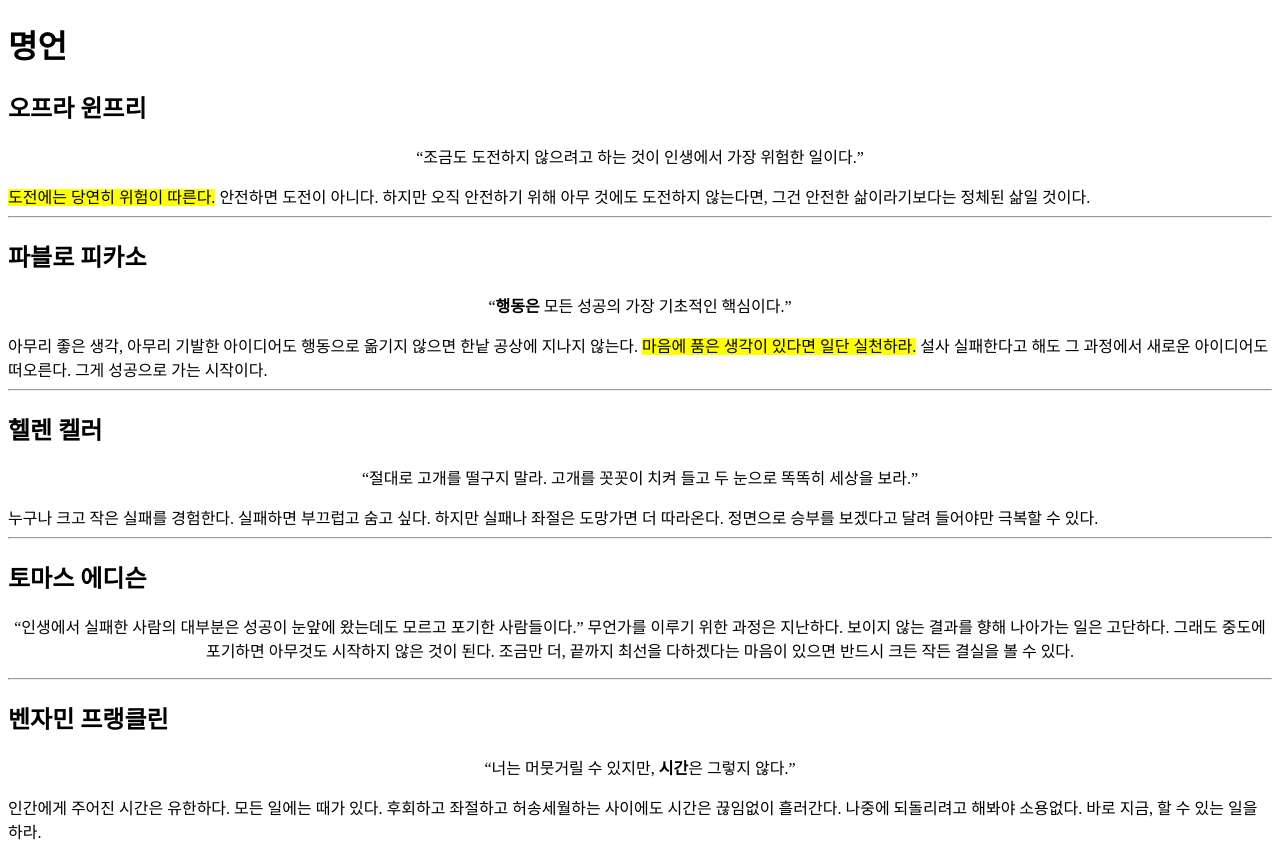
Repository: sinsujung/client
Page: ClientTest/src/main/webapp/문제/ex06.html
An editor plug-in stored every save of this project. The page is shown before and after the next save, followed by the edit.
The browser window is 1280 px wide. The pictures show the whole page.

Above is the page before, as saved 2023-09-20 08:42:47.

### ClientTest/src/main/webapp/문제/ex06.html
<!DOCTYPE html>
<html>
<head>
<meta charset="UTF-8">
<title>Insert title here</title>
</head>
<body>
<h1>명언</h1>
<h2>오프라 윈프리</h2>
<p align = "center">“조금도 도전하지 않으려고 하는 것이 인생에서 가장 위험한 일이다.”</p>
<font style="background-color: yellow;">도전에는 당연히 위험이 따른다.</font> 안전하면 도전이 아니다. 하지만 오직 안전하기 위해 아무 것에도 도전하지 않는다면, 그건 안전한 삶이라기보다는 정체된 삶일 것이다.
<hr>
<h2>파블로 피카소</h2>
<p align = "center">“<strong>행동은</strong> 모든 성공의 가장 기초적인 핵심이다.”</p>
아무리 좋은 생각, 아무리 기발한 아이디어도 행동으로 옮기지 않으면 한낱 공상에 지나지 않는다. <font style="background-color: yellow;">마음에 품은 생각이 있다면 일단 실천하라.</font> 설사 실패한다고 해도 그 과정에서 새로운 아이디어도 떠오른다. 그게 성공으로 가는 시작이다.
<hr>
<h2>헬렌 켈러</h2>
<p align = "center">“절대로 고개를 떨구지 말라. 고개를 꼿꼿이 치켜 들고 두 눈으로 똑똑히 세상을 보라.”</p>
누구나 크고 작은 실패를 경험한다. 실패하면 부끄럽고 숨고 싶다. 하지만 실패나 좌절은 도망가면 더 따라온다. 정면으로 승부를 보겠다고 달려 들어야만 극복할 수 있다.
<hr>
<h2>토마스 에디슨</h2>
<p align = "center">“인생에서 실패한 사람의 대부분은 성공이 눈앞에 왔는데도 모르고 포기한 사람들이다.”
무언가를 이루기 위한 과정은 지난하다. 보이지 않는 결과를 향해 나아가는 일은 고단하다. 그래도 중도에 포기하면 아무것도 시작하지 않은 것이 된다. 조금만 더, 끝까지 최선을 다하겠다는 마음이 있으면 반드시 크든 작든 결실을 볼 수 있다.</p>
<hr>
<h2>벤자민 프랭클린</h2>
<p align = "center">“너는 머뭇거릴 수 있지만, <strong>시간</strong>은 그렇지 않다.”</p>
인간에게 주어진 시간은 유한하다. 모든 일에는 때가 있다. 후회하고 좌절하고 허송세월하는 사이에도 시간은 끊임없이 흘러간다. 나중에 되돌리려고 해봐야 소용없다. 바로 지금, 할 수 있는 일을 하라.
</body>
</html>

After the next save:
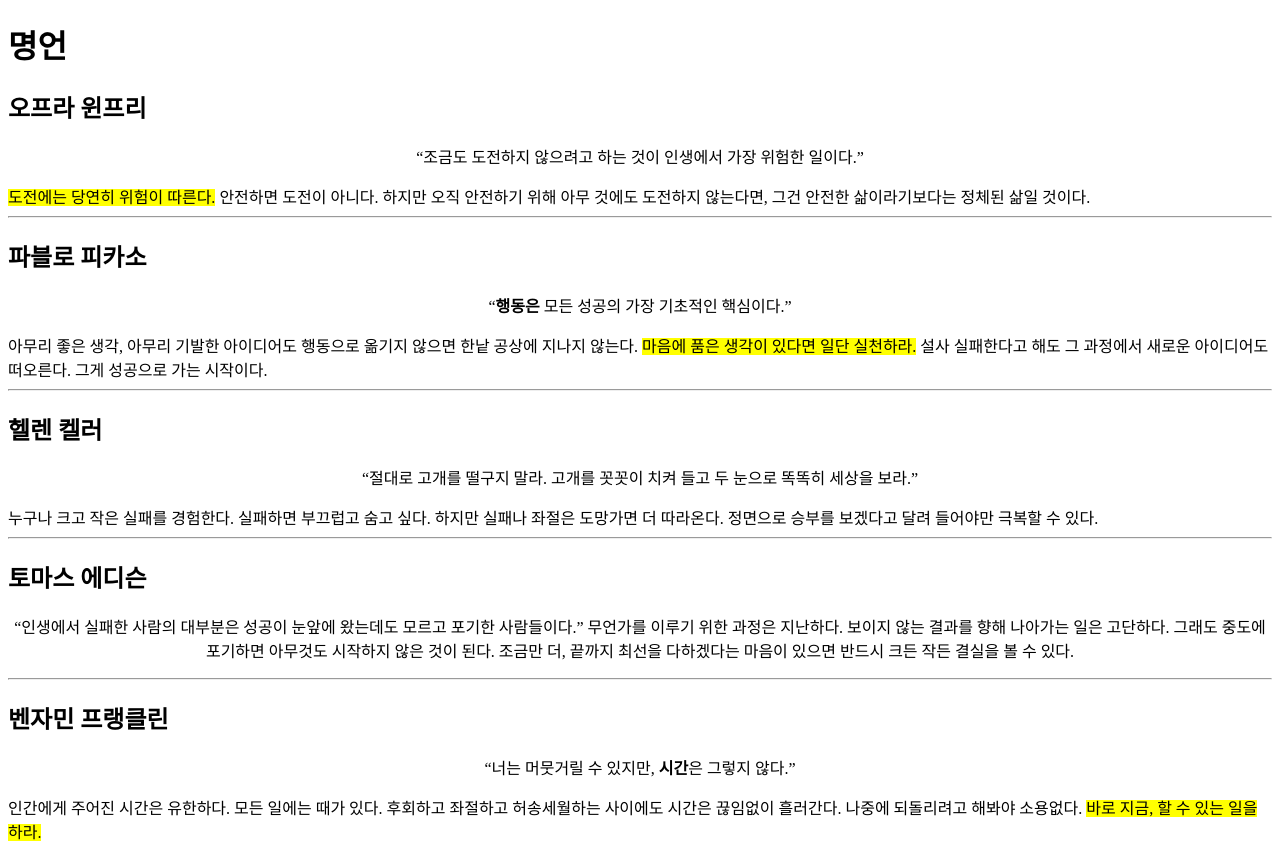
Saved 46 s later.
--- a/ClientTest/src/main/webapp/문제/ex06.html
+++ b/ClientTest/src/main/webapp/문제/ex06.html
@@ -24,6 +24,6 @@
 <hr>
 <h2>벤자민 프랭클린</h2>
 <p align = "center">“너는 머뭇거릴 수 있지만, <strong>시간</strong>은 그렇지 않다.”</p>
-인간에게 주어진 시간은 유한하다. 모든 일에는 때가 있다. 후회하고 좌절하고 허송세월하는 사이에도 시간은 끊임없이 흘러간다. 나중에 되돌리려고 해봐야 소용없다. 바로 지금, 할 수 있는 일을 하라.
+인간에게 주어진 시간은 유한하다. 모든 일에는 때가 있다. 후회하고 좌절하고 허송세월하는 사이에도 시간은 끊임없이 흘러간다. 나중에 되돌리려고 해봐야 소용없다. <font style="background-color: yellow;">바로 지금, 할 수 있는 일을 하라.</font>
 </body>
 </html>
